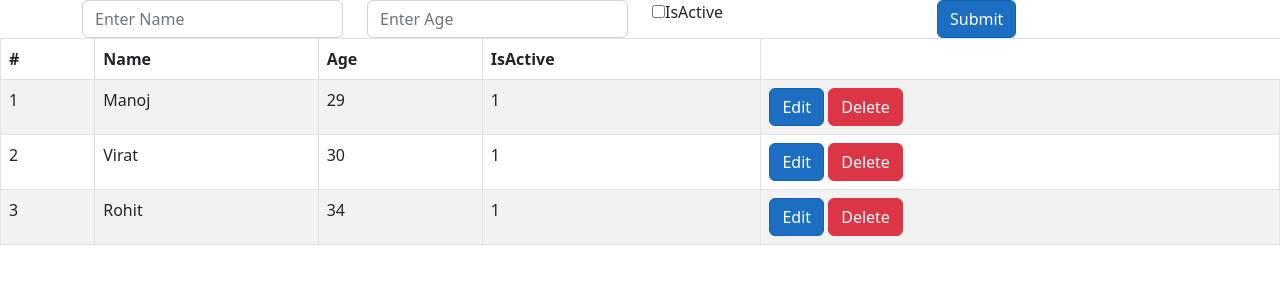
Repository: huiyyee/sample-crud
Page: / (app in sample-crud/ClientApp/)
These files come from the project's save history. The page is drawn as it stood at one moment and after the next save; the edit follows.
The browser window is 1280 px wide. The pictures show the whole page.
The project was rebuilt for these pictures with package versions that can differ from the ones it lists, and the page was loaded fresh each time.

Above is the page before, as saved 2024-09-04 17:11:46.

### sample-crud/ClientApp/public/index.html
<!DOCTYPE html>
<html lang="en">
  <head>
    <meta charset="utf-8">
    <meta name="viewport" content="width=device-width, initial-scale=1, shrink-to-fit=no">
    <meta name="theme-color" content="#000000">
    <base href="%PUBLIC_URL%/" />
    <!--
      manifest.json provides metadata used when your web app is added to the
      homescreen on Android. See https://developers.google.com/web/fundamentals/engage-and-retain/web-app-manifest/
    -->
    <link rel="manifest" href="%PUBLIC_URL%/manifest.json">
    <link rel="shortcut icon" href="%PUBLIC_URL%/favicon.ico">
    <!--
      Notice the use of %PUBLIC_URL% in the tags above.
      It will be replaced with the URL of the `public` folder during the build.
      Only files inside the `public` folder can be referenced from the HTML.

      Unlike "/favicon.ico" or "favicon.ico", "%PUBLIC_URL%/favicon.ico" will
      work correctly both with client-side routing and a non-root public URL.
      Learn how to configure a non-root public URL by running `npm run build`.
    -->
    <title>sample_crud</title>
  </head>
  <body>
    <noscript>
      You need to enable JavaScript to run this app.
    </noscript>
    <div id="root"></div>
    <!--
      This HTML file is a template.
      If you open it directly in the browser, you will see an empty page.

      You can add webfonts, meta tags, or analytics to this file.
      The build step will place the bundled scripts into the <body> tag.

      To begin the development, run `npm start` or `yarn start`.
      To create a production bundle, use `npm run build` or `yarn build`.
    -->
  </body>
</html>

### sample-crud/ClientApp/src/index.js
import 'bootstrap/dist/css/bootstrap.css';
import React from 'react';
import { createRoot } from 'react-dom/client';
import { BrowserRouter } from 'react-router-dom';
import App from './App.js';

const baseUrl = document.getElementsByTagName('base')[0].getAttribute('href');
const rootElement = document.getElementById('root');
const root = createRoot(rootElement);

root.render(
  <BrowserRouter basename={baseUrl}>
    <App />
  </BrowserRouter>);

### sample-crud/ClientApp/src/App.js
import React, { Component } from 'react';
import { Route, Routes } from 'react-router-dom';
import CRUD from './CRUD.js';
import './custom.css';
import './App.css';

// export default class App extends Component {
//   static displayName = App.name;

//   render() {
//     return (
//         <div className="App">
//           <CRUD />
//         </div>
//     );
//   }
// }

function App(){
  return (
    <div className="App">
      <CRUD />
    </div>
  );
}

export default App;

### sample-crud/ClientApp/src/CRUD.js
import React,{useState,useEffect,Fragment} from "react";
import {Table} from "react-bootstrap";
import 'bootstrap/dist/css/bootstrap.min.css';
import {Button,Modal,Container,Row,Col} from 'react-bootstrap';

const CRUD = () => {
	const [show, setShow] = useState(false);

	const handleClose = () => setShow(false);
	const handleShow = () => setShow(true);

	const [name, setName] = useState('');
	const [age, setAge] = useState('');
	const [isActive, setIsActive] = useState(0);

	const [id, setId] = useState(0);
	const [editName, setEditName] = useState('');
	const [editAge, setEditAge] = useState('');
	const [editIsActive, setEditIsActive] = useState(0);

	const empdata = [
		{
			id:1,
			name:'Manoj',
			age:29,
			isActive:1
		},
		{
			id:2,
			name:'Virat',
			age:30,
			isActive:1
		},
		{
			id:3,
			name:'Rohit',
			age:34,
			isActive:1
		}
	]

	const [data, setData] = useState([]);

	useEffect(() => {
		setData(empdata);
	}, [])

	const handleEdit = (id) => {
		handleShow();
    }

	const handleDelete = (id) => {
		if(window.confirm('Are you sure want to delete this record?')){
			alert(id);
        }
	}

	const handleUpdate = (id) => {
	}


	return(
		<Fragment>
			<Container>
				<Row>
					<Col>
						<input type="text" placeholder="Enter Name" className="form-control" value={name} onChange={(e)=> setName(e.target.value)}/>
					</Col>
					<Col>
						<input type="text" placeholder="Enter Age" className="form-control" value={age} onChange={(e)=> setAge(e.target.value)}/>
					</Col>
					<Col>
						<input type="checkbox" />
						<label>IsActive</label>
					</Col>
					<Col>
						<button className="btn btn-primary">Submit</button>
					</Col>
				</Row>
			</Container>
			<Table striped bordered hover>
				<thead>
					<tr>
						<th>#</th>
						<th>Name</th>
						<th>Age</th>
						<th>IsActive</th>
					</tr>
				</thead>
				<tbody>
					{
						data && data.length > 0 ?
							data.map((item,index) => {
								return(
                                    <tr key={index}>
										<td>{index + 1}</td>
                                        <td>{item.name}</td>
                                        <td>{item.age}</td>
                                        <td>{item.isActive}</td>
										<td colSpan={2}>
											<Button variant="primary" onClick={() => handleEdit(item.id)}>Edit</Button>
                                            &nbsp;
                                            <Button variant="danger" onClick={() => handleDelete(item.id)}>Delete</Button>
										</td>

                                    </tr>
                                )
							})
							:'Loading..'
					}
				</tbody>
			</Table>

			<Modal show={show} onHide={handleClose}>
				<Modal.Header closeButton>
					<Modal.Title>Modify/ Update Employee</Modal.Title>
				</Modal.Header>
				<Modal.Body>
					<Row>
						<Col>
							<input type="text" placeholder="Enter Name" className="form-control" />
						</Col>
						<Col>
							<input type="text" placeholder="Enter Age" className="form-control" />
						</Col>
						<Col>
							<input type="checkbox" />
							<label>IsActive</label>
						</Col>
					</Row>
				</Modal.Body>
				<Modal.Footer>
					<Button variant="secondary" onClick={handleClose}>
						Close
					</Button>
					<Button variant="primary" onClick={handleUpdate}>
						Save Changes
					</Button>
				</Modal.Footer>
			</Modal>
		</Fragment>
	)
}

export default CRUD;

### sample-crud/ClientApp/src/custom.css
/* Provide sufficient contrast against white background */
a {
  color: #0366d6;
}

code {
  color: #E01A76;
}

.btn-primary {
  color: #fff;
  background-color: #1b6ec2;
  border-color: #1861ac;
}

### sample-crud/ClientApp/src/App.css
/* Provide sufficient contrast against white background */
a {
    color: #0366d6;
  }

  code {
    color: #E01A76;
  }

  .btn-primary {
    color: #fff;
    background-color: #1b6ec2;
    border-color: #1861ac;
  }

After the next save:
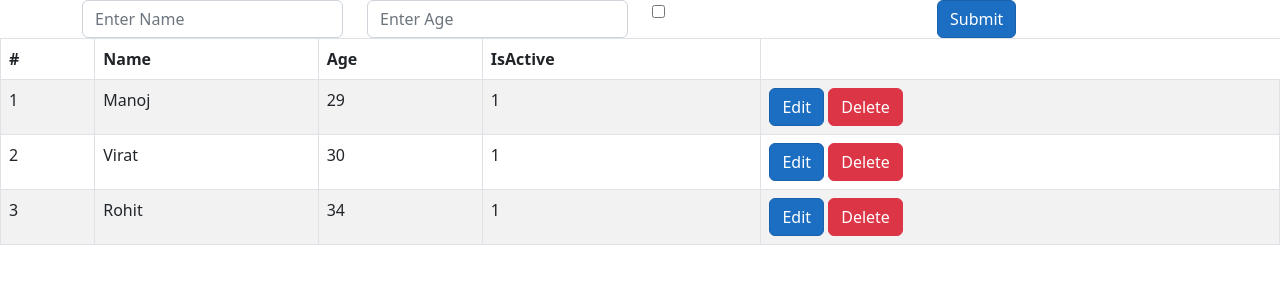
Saved 19 s later.
--- a/sample-crud/ClientApp/src/CRUD.js
+++ b/sample-crud/ClientApp/src/CRUD.js
@@ -71,7 +71,7 @@ const CRUD = () => {
 					</Col>
 					<Col>
 						<input type="checkbox" />
-						<label>IsActive</label>
+
 					</Col>
 					<Col>
 						<button className="btn btn-primary">Submit</button>
